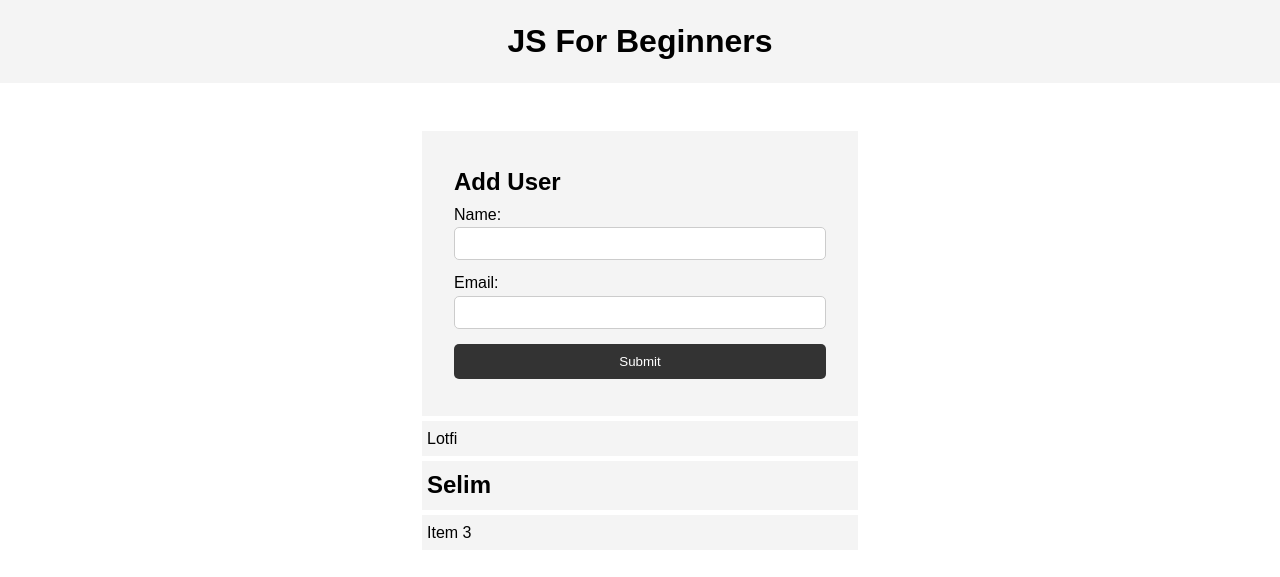
Repository: balkisys/FormationFullStackJS
Page: index.html
The author's editor kept a copy of each file at every save. The page is drawn from the files as they stood at one save, then again after the next save.
The browser window is 1280 px wide. The pictures show the whole page.

Above is the page before, as saved 2021-03-20 13:11:47.

After the next save:
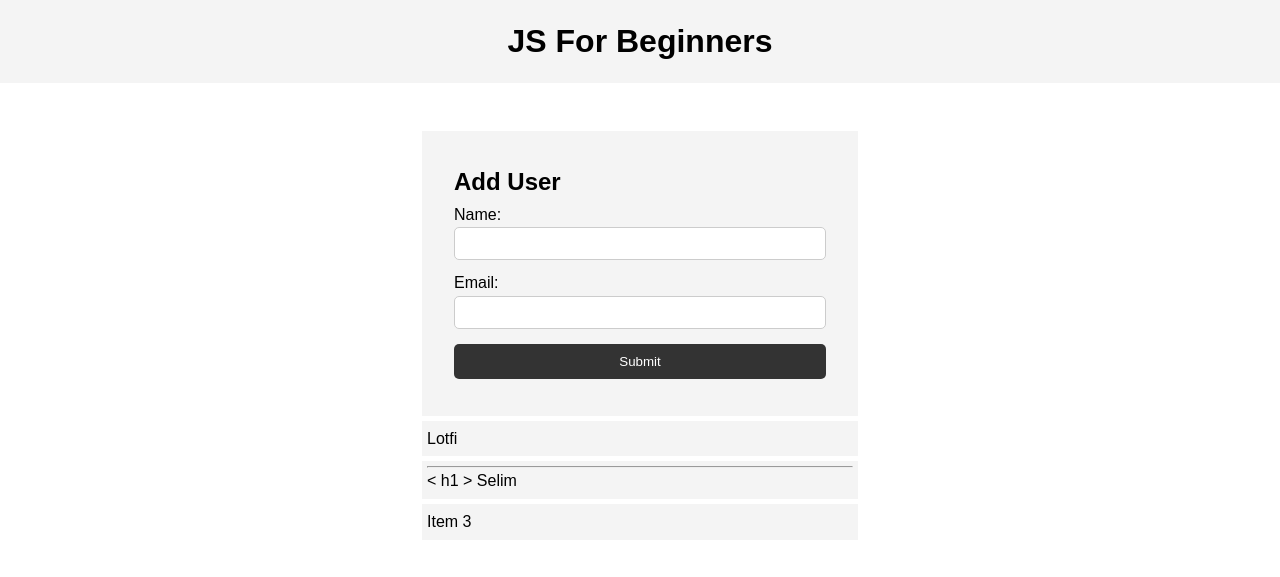
Saved 83 s later.
--- a/test.js
+++ b/test.js
@@ -280,7 +280,7 @@ const todos = [
 //ul.lastElementChild.remove();
 //ul.firstElementChild.remove();
 ul.firstElementChild.textContent = 'Lotfi';
-ul.children[1].innerHTML = '<h1>Selim</h1>';
+ul.children[1].innerHTML = ' <hr></hr> < h1 > Selim</h1 > ';
 
 
 
